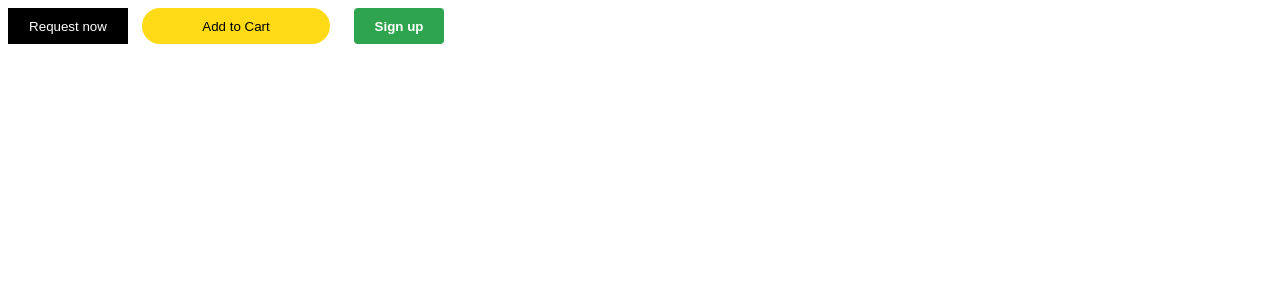
Repository: Kurumilli/Youtube
Page: Exercise3.html
These files come from the project's save history. The page is drawn as it stood at one moment and after the next save; the edit follows.
The browser window is 1280 px wide. The pictures show the whole page.

Above is the page before, as saved 2025-01-25 12:20:54.

After the next save:
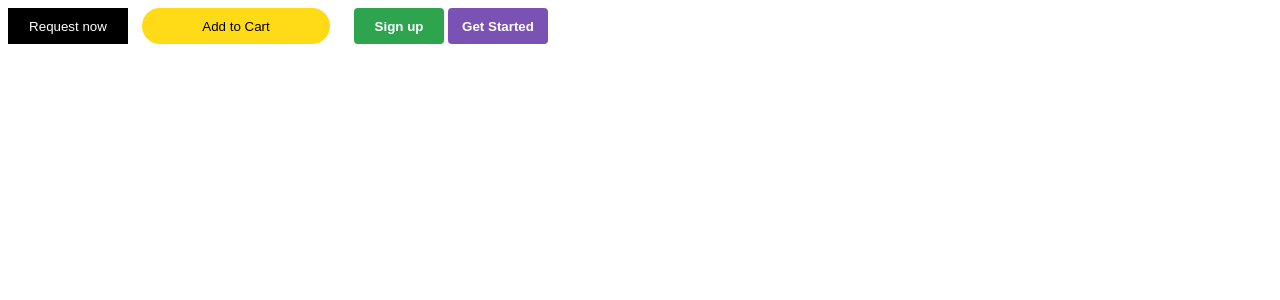
Saved 3 min 19 s later.
--- a/Exercise3.html
+++ b/Exercise3.html
@@ -46,6 +46,17 @@
 
                 }
 
+                .bootstrap{
+                    background-color:  rgb(121, 82, 179);
+                    color: white;
+                    font-weight: bold;
+                    height: 36px;
+                    width: 100px;
+                    border: none;
+                    border-radius: 4px;
+                    cursor: pointer;
+                }
+
 
 
          </style>
@@ -59,6 +70,10 @@
 
         <button class="github">
              Sign up
-            </button>
+        </button>
+
+        <button class="bootstrap">
+            Get Started
+        </button>
      </body>
 </html>
